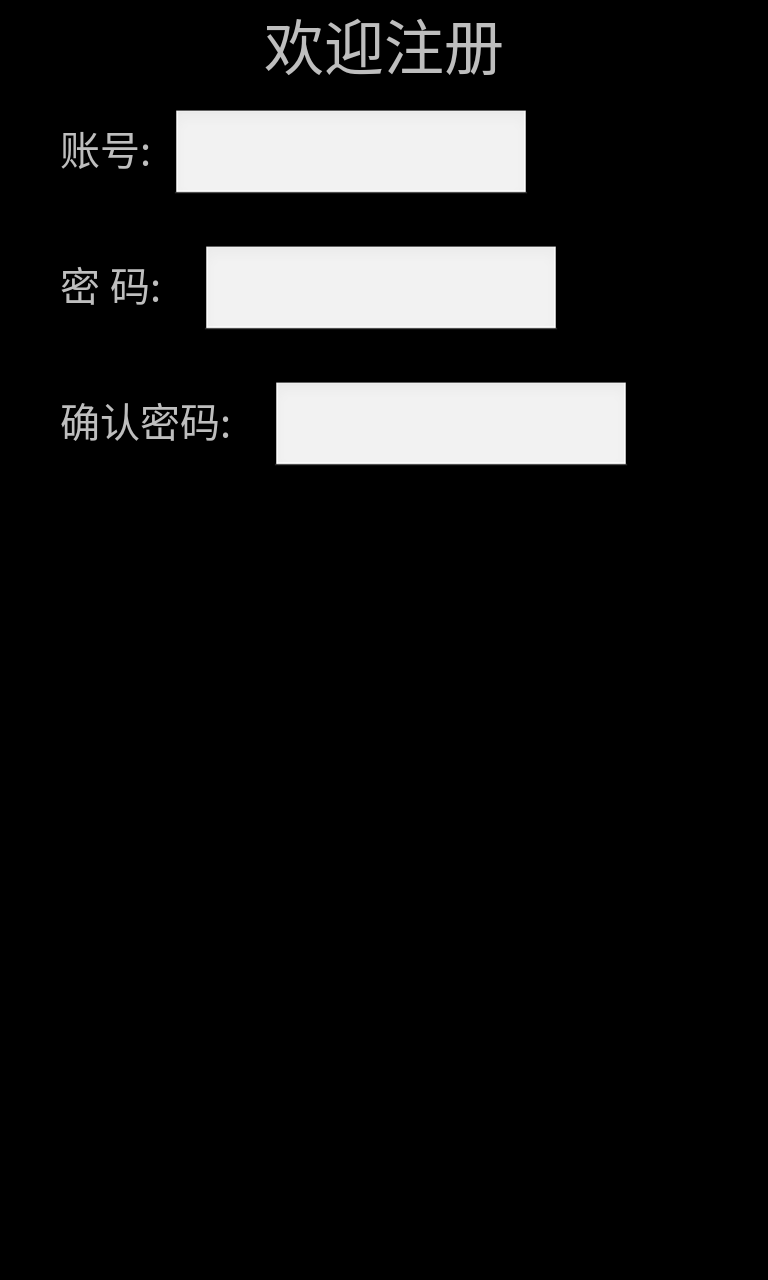
Repository: jcyfkimi/Android-TaoTao
Layout: TaoTao/res/layout/reg.xml
An editor plug-in stored every save of this project. The layout is shown before and after the next save, followed by the edit.
It is drawn on a 768 x 1280 px phone screen (xhdpi) without system bars, with theme android:Theme; the app's code is not run.

Above is the layout before, as saved 2011-09-13 07:15:32.

After the next save:
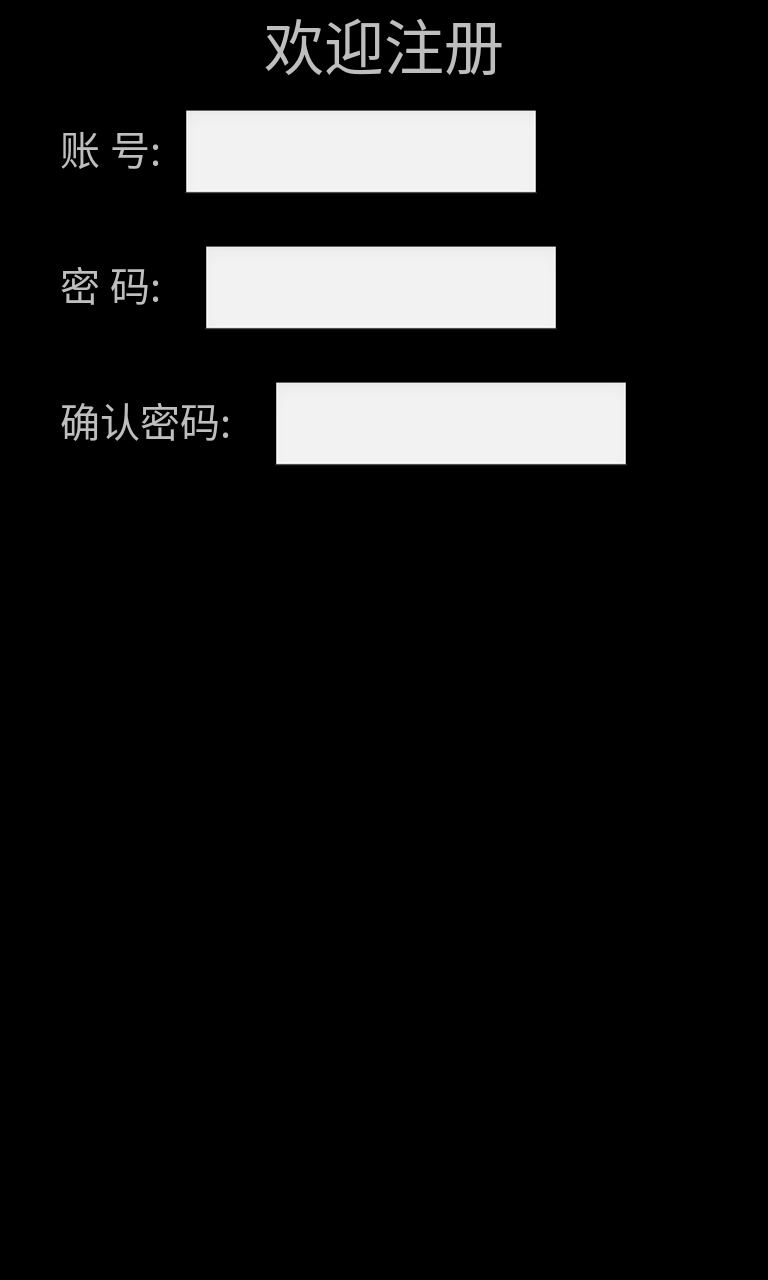
Saved 10 s later.
--- a/TaoTao/res/values/strings.xml
+++ b/TaoTao/res/values/strings.xml
@@ -7,7 +7,7 @@
     <string name="btnlogin">登录</string>
     <string name="btnreg">注册</string>
     <string name="regtitle">欢迎注册</string>
-    <string name="reguname">账号:</string>
+    <string name="reguname">账        号:</string>
     <string name="regpass">密        码:</string>
     <string name="regpasscfm">确认密码:</string>
     <string name="indexhead">淘淘购物</string>
